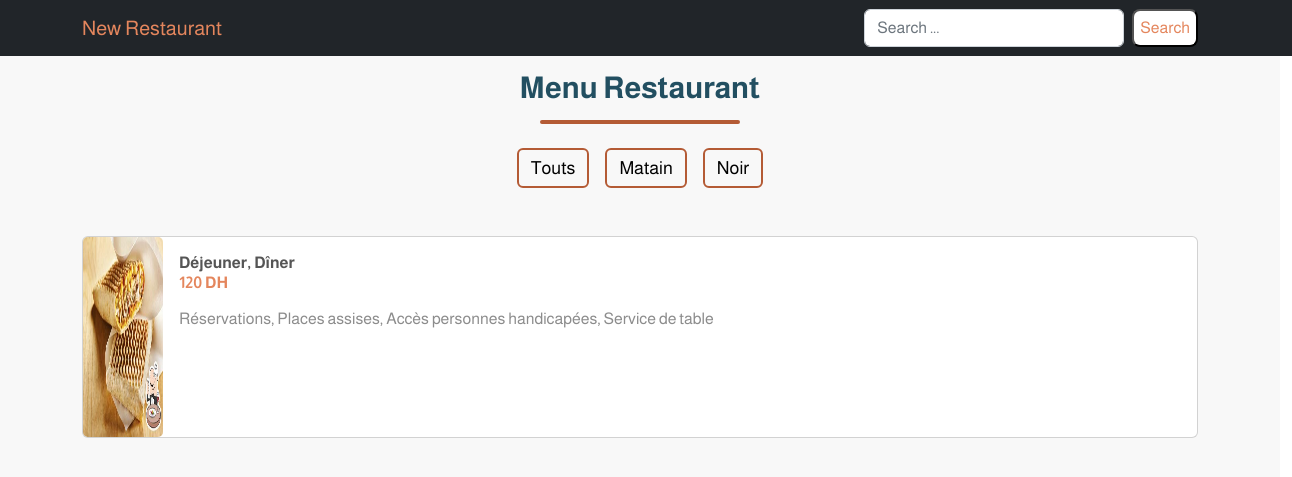
Repository: SD-Mdouka/react-table
Page: /
These files come from the project's save history. The page is drawn as it stood at one moment and after the next save; the edit follows.
The browser window is 1280 px wide. The page is 1292 px wide, so the pictures cover 1292 px, including what lies to the right of the window. The pictures show the whole page.
The project was rebuilt for these pictures with package versions that can differ from the ones it lists, and the page was loaded fresh each time.

Above is the page before, as saved 2022-10-06 17:36:07.

### public/index.html
<!DOCTYPE html>
<html lang="en">

<head>
    <meta charset="utf-8" />
    <link rel="icon" href="%PUBLIC_URL%/favicon.ico" />
    <meta name="viewport" content="width=device-width, initial-scale=1" />
    <meta name="theme-color" content="#000000" />
    <meta name="description" content="Web site created using create-react-app" />
    <link rel="apple-touch-icon" href="%PUBLIC_URL%/logo192.png" />
    <!--
      manifest.json provides metadata used when your web app is installed on a
      user's mobile device or desktop. See https://developers.google.com/web/fundamentals/web-app-manifest/
    -->
    <link rel="manifest" href="%PUBLIC_URL%/manifest.json" />
    <link rel="preconnect" href="https://fonts.googleapis.com" />
    <link rel="preconnect" href="https://fonts.gstatic.com" crossorigin />
    <link href="https://fonts.googleapis.com/css2?family=Almarai:wght@300;400;700;800&family=Cairo:wght@300&display=swap" rel="stylesheet" />

    <link rel="stylesheet" href="https://cdn.jsdelivr.net/npm/bootstrap@5.2.0-beta1/dist/css/bootstrap.min.css" integrity="sha384-0evHe/X+R7YkIZDRvuzKMRqM+OrBnVFBL6DOitfPri4tjfHxaWutUpFmBp4vmVor" crossorigin="anonymous" />
    <title>React App</title>
</head>

<body>
    <noscript>You need to enable JavaScript to run this app.</noscript>
    <div id="root"></div>
    <!--
      This HTML file is a template.
      If you open it directly in the browser, you will see an empty page.

      You can add webfonts, meta tags, or analytics to this file.
      The build step will place the bundled scripts into the <body> tag.

      To begin the development, run `npm start` or `yarn start`.
      To create a production bundle, use `npm run build` or `yarn build`.
    -->
</body>

</html>

### src/App.tsx
import React from "react";
import { Container } from "react-bootstrap";
import "./App.css";
import NavBar from "./components/Navbar";
import Header from "./components/Header";
import Category from "./components/Category";
import ItemsList from "./components/ItemsList";

const App = () => {
  return (
    <div className="color-body font">
      <NavBar />
      <Container>
        <Header />
        <Category />
        <ItemsList />
      </Container>
    </div>
  );
};

export default App;

### src/App.css
.color-body {
    background-color: #f8f8f8;
    height: 100vh;
}

.font {
    font-family: "Almarai", sans-serif;
}

.title {
    color: #224f61;
    font-family: Almarai;
    font-size: 30px;
    font-weight: bold;
    letter-spacing: 0;
    line-height: 64px;
}

.underline {
    height: 1px;
    width: 200px;
    border-radius: 10px;
    border: 2px solid #b45b35;
    background-color: #e4865d;
}

.btn {
    color: black !important;
    font-family: Almarai !important;
    font-size: 18px !important;
    letter-spacing: 0 !important;
    line-height: 24px !important;
    border: 2px solid #b45b35 !important;
}

.btn:hover {
    color: #fff !important;
    font-family: Almarai !important;
    font-size: 18px !important;
    font-weight: bold !important;
    letter-spacing: 0 !important;
    line-height: 24px !important;
    border-radius: 11px !important;
    border: none !important;
    background: #e4865d !important;
    -webkit-border-radius: 11px !important;
    -moz-border-radius: 11px !important;
    -ms-border-radius: 11px !important;
    -o-border-radius: 11px !important;
    transition: all 1s;
    -webkit-transition: all 1s;
    -moz-transition: all 1s;
    -ms-transition: all 1s;
    -o-transition: all 1s;
}

.img-item {
    height: 200px;
    width: 80px;
    border-radius: 5px;
}

.item-description {
    color: #8c8c8c;
    font-family: Almarai;
    font-size: 16px;
    letter-spacing: 0;
    line-height: 20px;
}

.item-title {
    color: #555555;
    font-family: Almarai;
    font-size: 16px;
    font-weight: bold;
    letter-spacing: 0;
    line-height: 20px;
}

.card-color {
    background-color: #f8f8f8;
}

.item-price {
    color: #e4865d;
    font-family: Almarai;
    font-size: 16px;
    font-weight: bold;
    letter-spacing: 0;
    line-height: 20px;
}

.btn-search {
    color: #e4865d;
    border-radius: 3px solid #e4865d;
    border-radius: 8px;
    background-color: white;
    -webkit-border-radius: 3px solid #e4865d;
    -moz-border-radius: 3px solid #e4865d;
    -ms-border-radius: 3px solid #e4865d;
    -o-border-radius: 3px solid #e4865d;
}

.btn-search:hover {
    color: white;
    border-radius: 3px solid white;
    background-color: #e4865d;
    border-radius: 8px;
    -webkit-border-radius: 3px solid white;
    -moz-border-radius: 3px solid white;
    -ms-border-radius: 3px solid white;
    -o-border-radius: 3px solid white;
}

.brand-color {
    color: #e4865d;
}

### src/components/Navbar.tsx
import { Container, Navbar, Row, Nav, Form } from "react-bootstrap";

const NavBar = () => {
  return (
    <Row>
      <Navbar bg="dark" variant="dark">
        <Container>
          <Navbar.Brand href="#">
            <div className="brand-color">New Restaurant</div>
          </Navbar.Brand>
          <Navbar.Toggle aria-controls="navbarScroll" />
          <Navbar.Collapse id="navbarScroll">
            <Nav
              className="me-auto my-2 my-lg-0"
              style={{ maxHeight: "100px" }}
              navbarScroll
            ></Nav>
            <Form className="d-flex">
              <Form.Control
                type="text"
                placeholder="Search ..."
                className="mx-2"
              />
              <button className="btn-search">Search</button>
            </Form>
          </Navbar.Collapse>
        </Container>
      </Navbar>
    </Row>
  );
};

export default NavBar;

### src/components/Header.tsx
import { Row, Col } from "react-bootstrap";

const Header = () => {
  return (
    <Row>
      <Col sm="12" className="justify-content-center text-center">
        <div className="title">Menu Restaurant</div>
        <div className="justify-content-center d-flex">
          <p className="underline"></p>
        </div>
      </Col>
    </Row>
  );
};

export default Header;

### src/components/Category.tsx
import { Row, Col } from "react-bootstrap";

const Category = () => {
  return (
    <Row className="my-2 mb-5">
      <Col sm="12" className="d-flex justify-content-center">
        <div>
          <button className="btn mx-2">Touts</button>
          <button className="btn mx-2">Matain</button>
          <button className="btn mx-2">Noir</button>
        </div>
      </Col>
    </Row>
  );
};

export default Category;

### src/components/ItemsList.tsx
import { Row, Col, Card } from "react-bootstrap";

const ItemsList = () => {
  return (
    <Row className="">
      <Col sm="12" className="mb-3">
        <Card className="d-flex flex-row">
          <Card.Img
            className="img-item"
            variant="top"
            src="ra68-TACOS-DE-LILLE-food.jpg"
          />
          <Card.Body>
            <Card.Title>
              <div className="item-title">Déjeuner, Dîner</div>
              <div className="item-price">120 DH</div>
            </Card.Title>
            <Card.Text className="py-2">
              <div className="item-description">
                Réservations, Places assises, Accès personnes handicapées,
                Service de table
              </div>
            </Card.Text>
          </Card.Body>
        </Card>
      </Col>
    </Row>
  );
};

export default ItemsList;

Loaded but not shown: src/index.tsx (common file); src/index.css (common file); src/reportWebVitals.ts (common file)

After the next save:
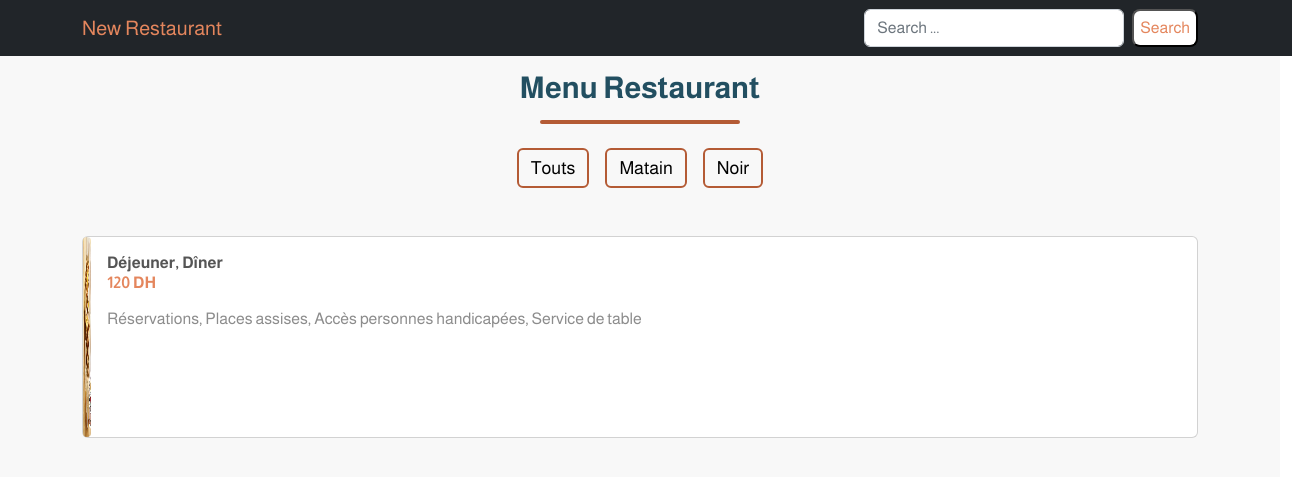
Saved 17 s later.
--- a/src/App.css
+++ b/src/App.css
@@ -56,7 +56,7 @@
 
 .img-item {
     height: 200px;
-    width: 80px;
+    width: 8px;
     border-radius: 5px;
 }
 
